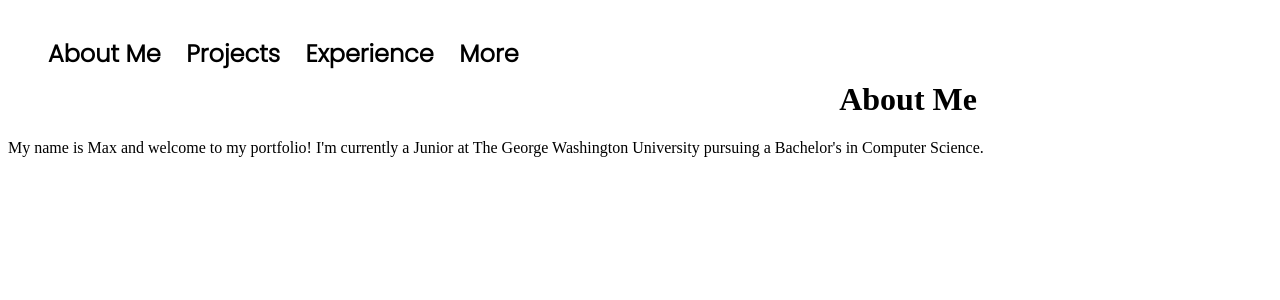
Repository: notMaximilian/maximilianaquino.github.io
Page: about.html
An editor plug-in stored every save of this project. The page is shown before and after the next save, followed by the edit.
The browser window is 1280 px wide. The pictures show the whole page.

Above is the page before, as saved 2022-02-10 09:43:47.

After the next save:
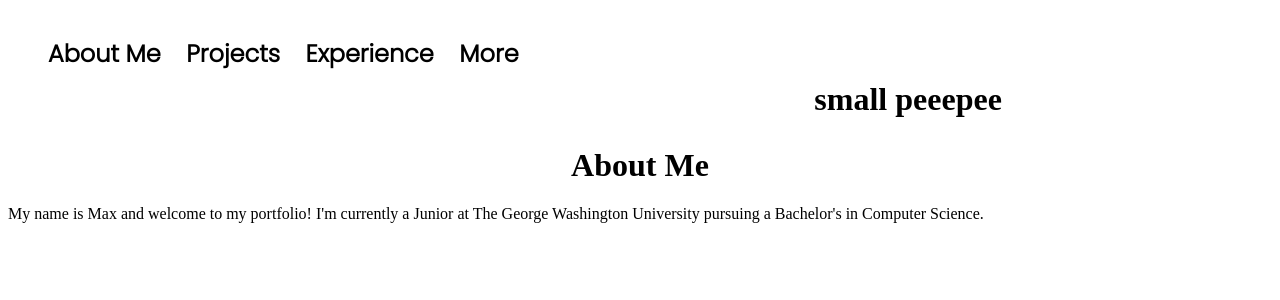
Saved 16 s later.
--- a/about.html
+++ b/about.html
@@ -24,6 +24,7 @@
 
       <br>
       <br>
+      <h1>small peeepee</h1>
       <h1>About Me</h1>
       <p>My name is Max and welcome to my portfolio! I'm currently a Junior at
         The George Washington University pursuing a Bachelor's in Computer Science.
